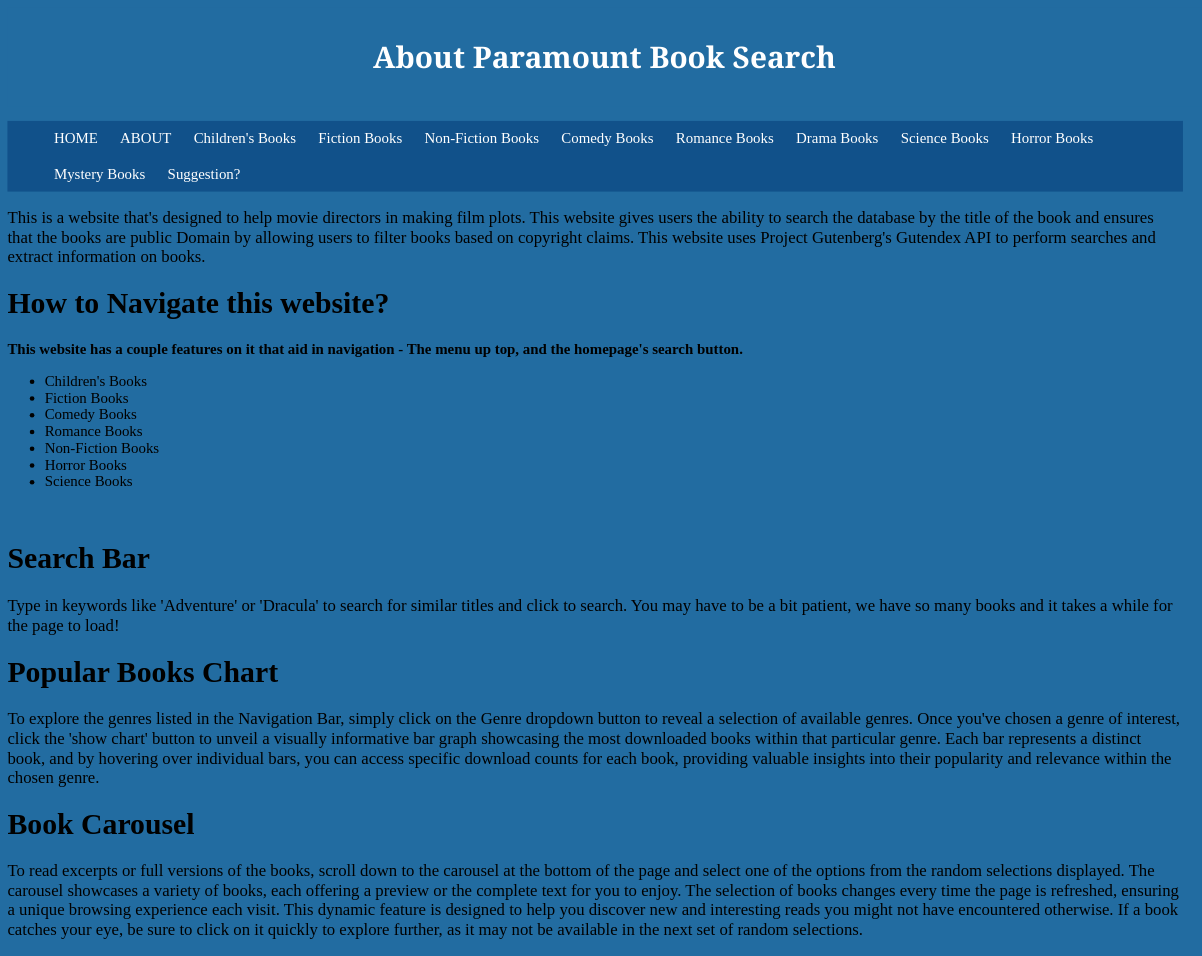
Repository: ChiaEE/INST377---Group-13
Page: About_page.html
An editor plug-in stored every save of this project. The page is shown before and after the next save, followed by the edit.
The browser window is 1280 px wide. The page is 1292 px wide, so the pictures cover 1292 px, including what lies to the right of the window. The pictures show the whole page, at 93% of full size.

Above is the page before, as saved 2024-05-19 22:21:35.

### About_page.html
<!DOCTYPE html>
<html>
    <head>
        <title> About Paramount Book Search </title>
        <link rel="stylesheet" href="HomePage.css">
    </head>
    <body style="background-color: #226ca1;">
        <header id="bar">
            <h1>About Paramount Book Search</h1>
        </header>

        <!-- Navigation Menu -->
        <nav id="main-nav">
            <ul id="navList">
                <li><a href="HomePage.html">HOME</a></li>
                <li><a href="About_page.html">ABOUT</a></li>
                <li id="childrensBooksLink"><a href="Children'sBooks.html">Children's Books</a></li>
                <li id="fictionBooksLink"><a href="FictionBooks.html">Fiction Books</a></li>
                <li id="nonFictionBooks"><a href="NonFictionBooks.html"> Non-Fiction Books </a></li>
                <li id="comedyBooksLink"><a href="ComedyBooks.html">Comedy Books</a></li>
                <li id="romanceBooksLink"><a href="RomanceBooks.html">Romance Books</a></li>
                <li id="dramaBooksLink"><a href="DramaBooks.html">Drama Books</a></li>
                <li id="sciBooksLink"><a href="ScienceBooks.html">Science Books</a></li>
                <li id="horrorBooksLink"><a href="HorrorBooks.html">Horror Books</a></li>
                <li id="mysteryBooksLink"><a href="MysteryBooks.html">Mystery Books</a></li>
                <li id="SuggestionsLink"><a href="Suggestion.html">Suggestion?</a></li>

            </ul>
        </nav>

        <p style="font-size:large;"> This is a website that's designed to help movie directors in making film plots.
            This website gives users the ability to search the database by the title of the book and ensures that the books are public Domain
            by allowing users to filter books based on copyright claims. This website uses Project Gutenberg's Gutendex API to
            perform searches and extract information on books.
        </p>

        <h1> How to Navigate this website? </h1>
        <h2 style="font-size: medium;"> This website has a couple features on it that aid in navigation - The menu up top, and the homepage's search
            button.
        </h2>
        <ul>
            <li style="font-size: medium;"> Children's Books </li>
            <li style="font-size: medium;"> Fiction Books </li>
            <li style="font-size: medium;"> Comedy Books </li>
            <li style="font-size: medium;"> Romance Books </li>
            <li style="font-size: medium;"> Non-Fiction Books </li>
            <li style="font-size: medium;"> Horror Books </li>
            <li style="font-size: medium;"> Science Books </li>
        </ul>

        <br>

        <h1> Search Bar </h1>

        <p style="font-size:large;"> Type in keywords like 'Adventure' or 'Dracula' to search for similar titles and click to search. You may have to be a bit patient,
            we have so many books and it takes a while for the page to load!
        </p>

        <h1> Popular Books Chart </h1>

        <p style="font-size:large;"> To explore the genres listed in the Navigation Bar, simply click on the Genre dropdown button to reveal
            a selection of available genres. Once you've chosen a genre of interest, click the 'show chart' button to unveil a visually informative bar graph showcasing the most
            downloaded books within that particular genre. Each bar represents a distinct book, and by hovering over individual bars, you can access specific download counts for each book,
            providing valuable insights into their popularity and relevance within the chosen genre.
        </p>

        <h1> Book Carousel </h1>

        <p style="font-size:large;"> To read excerpts or full versions of the books, scroll down to the carousel at the bottom of the page and select one of the options
            from the random selections displayed. The carousel showcases a variety of books, each offering a preview or the complete text for you to enjoy.
            The selection of books changes every time the page is refreshed, ensuring a unique browsing experience each visit.
            This dynamic feature is designed to help you discover new and interesting reads you might not have encountered otherwise.
            If a book catches your eye, be sure to click on it quickly to explore further, as it may not be available in the next set of random selections.
        </p>



    </body>



</html>

### HomePage.css
#bar {
    text-align: center;
    color: white;
    width: 100%;
    background-color: #226ca1;
    padding: 10px;
    margin: 0%;
    font-family: Cambria, Cochin, Georgia, Times, 'Times New Roman', serif;

}

/*Main Navigation */
#main-nav {
    background-color: #476ff2;
    color: white;
    margin: 0;
}

#main-nav li {
    display: block;
    color: black;
    text-align: center;
    padding: 14px 16px;
    text-decoration: none;
  }

  #main-nav {
    background-color: #11518a;
    color: white;
    margin: 0;
}

#main-nav li {
    display: block;
    color: white;
    text-align: center;
    padding: 14px 16px;
}

#main-nav li a {
    text-decoration: none;
    color: inherit;
}

#main-nav li:hover {
    background-color: #cbcfee;
}

#main-nav ul li {
    list-style-type: none;
    display: inline-block;
    text-align: center;
    padding: 10px;
}

#main-nav li:hover {
    background-color: #cbcfee;
}

#main-nav ul li {
    list-style-type: none;
    display: inline-block;
    text-align: center;
    padding: 10px;
}

/* Search Container */

.search-container {
    text-align: center;
}

.search-input {
    padding: 10px;
    width: 300px;
    border: 2px solid #ccc;
    border-radius: 5px;
    font-size: 14px;
}

.search-button {
    padding: 10px 20px;
    background-color: #007bff;
    color: white;
    border: none;
    border-radius: 5px;
    cursor: pointer;
    font-size: 16px;
    animation: wiggle 1s ease-in-out infinite;
    animation-delay: 2s;
}

@keyframes wiggle {
    0%, 100% {
      transform: rotate(-20deg);
    }
    50% {
      transform: rotate(20deg);
    }
  }


/* Style for the filter container */
.filter-container {
    margin-top: 20px;
}


.filter-container label {
    margin-right: 10px;
}


.filter-container select {
    padding: 5px;
    font-size: 16px;
    border: 1px solid #ccc;
    border-radius: 4px;
    background-color: #fff;
    color: #333;
}


.filter-container select option {
    background-color: #fff;
    color: #333;
}


.filter-container select:hover {
    border-color: #226ca1;
}

.content {
    display: flex;
    justify-content: flex-end;
    align-items: flex-end;
    flex-wrap: wrap;
    padding: 20px;
}


.filter-container {
    margin-right: 20px;
}

/* Search Bar */
.search-container {
    margin-bottom: 20px;
}

/* Book Container */

.book-container {
    background-color: white;
    padding: 20px;
    margin-bottom: 20px;
    border-radius: 5px;
    box-shadow: 0 2px 4px rgba(0, 0, 0, 0.1);
}

.book-container {
    border: 1px solid #ccc;
    border-radius: 5px;
    padding: 10px;
    margin: 20px 20px 20px 0;
    width: calc(40% - 20px);
}

.book-container h2 {
    margin-top: 0;
}

#loadingIndicator {
    color: #f9f1f1;
    font-size: px;
    text-align: center;
    padding: 20px;
}

/* Main Carousel Slider */
.main-carousel {
    width: 80%;
    margin: 0 auto;
}

/* Style for carousel cells */
.main-carousel .carousel-cell {
    width: 200px;
    height: 300px;
    margin-right: 10px;
    border-radius: 5px;
    overflow: hidden;
}


.main-carousel img {
    width: 100%;
    height: 100%;
    object-fit: cover;
}

/* Form  */
.form-container {
    margin-top: 20px;
}


.form-container label {
    margin-right: 10px;
}


.form-container select {
    padding: 5px;
    font-size: 16px;
    border: 1px solid #ccc;
    border-radius: 4px;
    background-color: #fff;
    color: #333;
}


.form-container select option {
    background-color: #fff;
    color: #333;
}


.form-container select:hover {
    border-color: #226ca1;
}



.form-container {
    margin-right: 20px;
}

/* Chart Button */

#showChartButton {
    padding: 5px 15px;
    border-radius: 50px;
    cursor: pointer;
    border: 0;
    background-color: white;
    box-shadow: rgb(0 0 0 / 5%) 0 0 8px;
    letter-spacing: 1.5px;
    text-transform: uppercase;
    font-size: 15px;
    transition: all 0.5s ease;
  }

  #showChartButton:hover {
    letter-spacing: 3px;
    background-color: hsl(225, 71%, 54%);
    color: hsl(0, 0%, 100%);
    box-shadow: rgb(70, 64, 229) 0px 7px 29px 0px;
  }

  #showChartButton:active {
    letter-spacing: 3px;
    background-color: hsl(225, 71%, 54%);
    color: hsl(0, 0%, 100%);
    box-shadow: rgb(70, 64, 229) 0px 0px 0px 0px;
    transform: translateY(10px);
    transition: 100ms;
  }

.confirmation {
    display: none;
    color: green;
    margin-top: 10px;
}
.error {
    display: none;
    color: red;
    margin-top: 10px;
}

/* Suggestion Form Button */
#submitButton {
    align-items: center;
    background-color: #19c20a;
    border: 0;
    border-radius: 100px;
    box-sizing: border-box;
    color: #ffffff;
    cursor: pointer;
    display: inline-flex;
    font-family: -apple-system, system-ui, system-ui, "Segoe UI", Roboto, "Helvetica Neue", "Fira Sans", Ubuntu, Oxygen, "Oxygen Sans", Cantarell, "Droid Sans", "Apple Color Emoji", "Segoe UI Emoji", "Segoe UI Symbol", "Lucida Grande", Helvetica, Arial, sans-serif;
    font-size: 16px;
    font-weight: 600;
    justify-content: center;
    line-height: 20px;
    max-width: 480px;
    min-height: 40px;
    min-width: 0px;
    overflow: hidden;
    padding: 0px;
    padding-left: 20px;
    padding-right: 20px;
    text-align: center;
    touch-action: manipulation;
    transition: background-color 0.167s cubic-bezier(0.4, 0, 0.2, 1) 0s, box-shadow 0.167s cubic-bezier(0.4, 0, 0.2, 1) 0s, color 0.167s cubic-bezier(0.4, 0, 0.2, 1) 0s;
    user-select: none;
    -webkit-user-select: none;
    vertical-align: middle;
  }

  #submitButton:hover,
  #submitButton:focus {
    background-color: #16437E;
    color: #ffffff;
  }

  #submitButton:active {
    background: #09223b;
    color: rgb(255, 255, 255, .7);
  }

  #submitButton:disabled {
    cursor: not-allowed;
    background: rgba(0, 0, 0, .08);
    color: rgba(0, 0, 0, .3);
  }

After the next save:
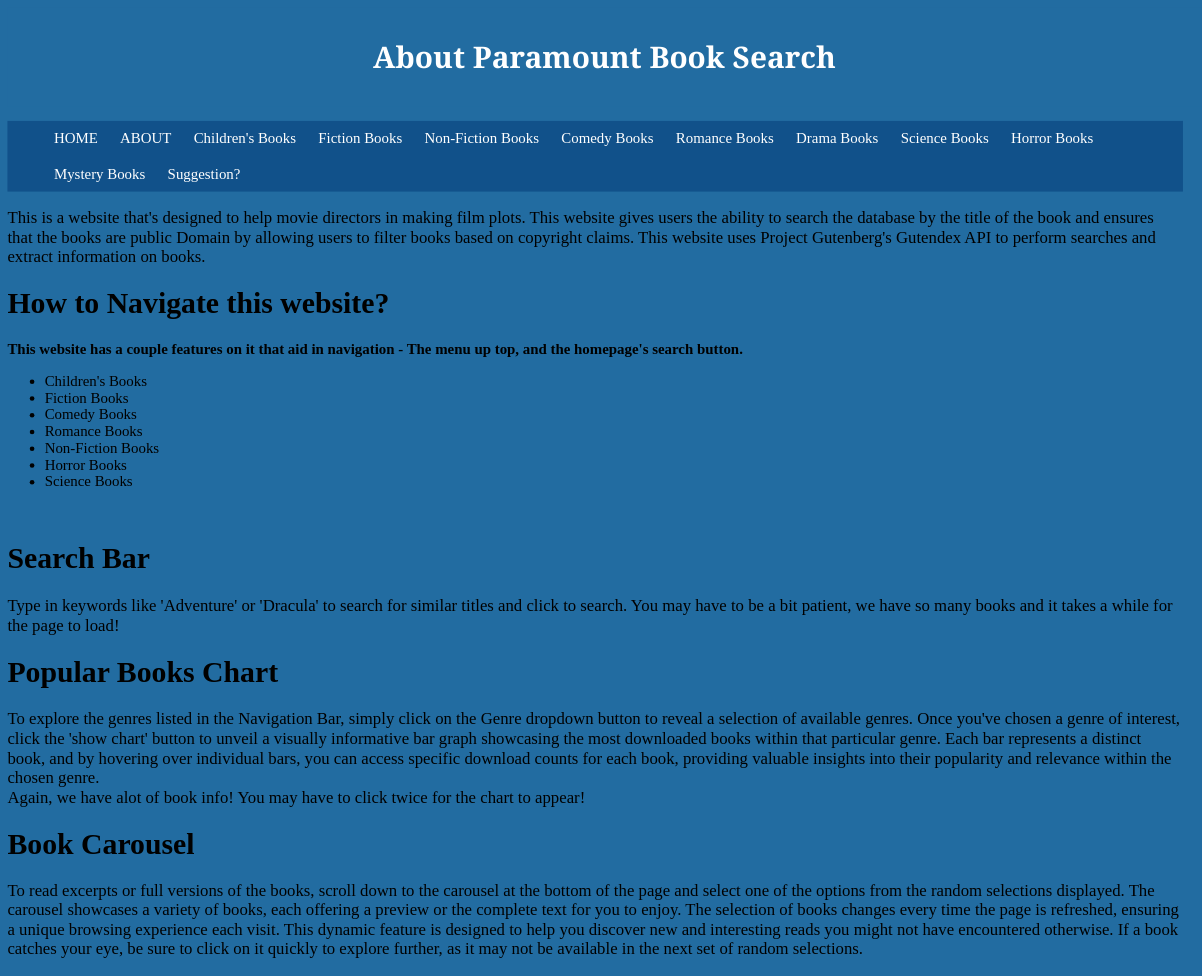
Saved 3 min 24 s later.
--- a/About_page.html
+++ b/About_page.html
@@ -62,6 +62,9 @@
             a selection of available genres. Once you've chosen a genre of interest, click the 'show chart' button to unveil a visually informative bar graph showcasing the most
             downloaded books within that particular genre. Each bar represents a distinct book, and by hovering over individual bars, you can access specific download counts for each book,
             providing valuable insights into their popularity and relevance within the chosen genre.
+
+            <br>
+            Again, we have alot of book info! You may have to click twice for the chart to appear!
         </p>
 
         <h1> Book Carousel </h1>
